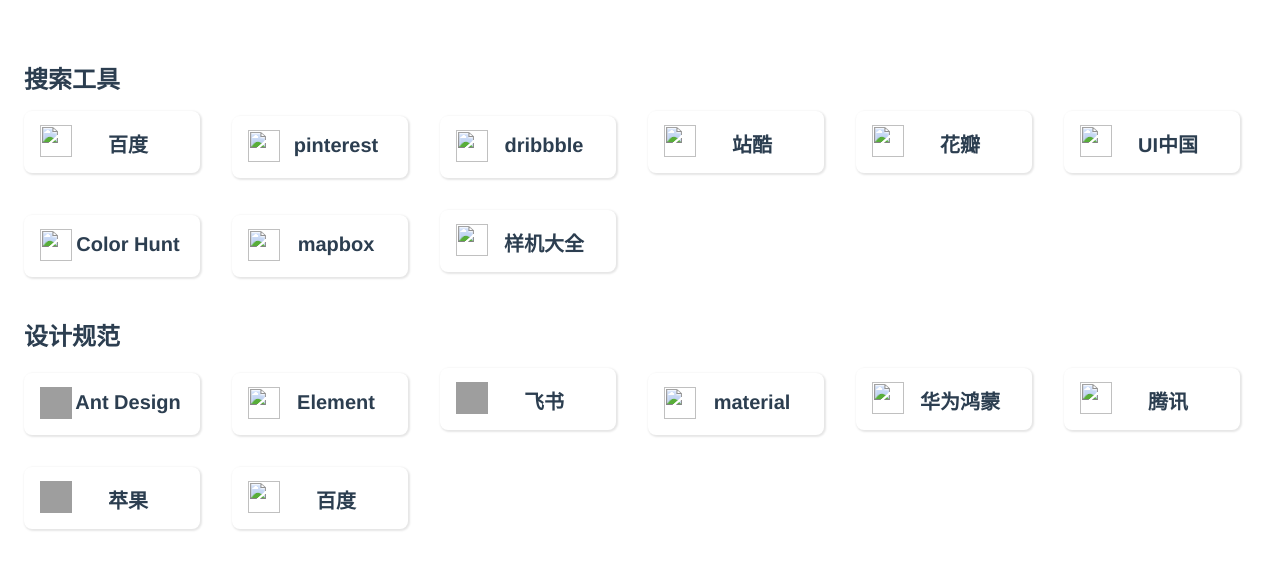
Repository: LiuZixu-aurelio/collection
Page: /
An editor plug-in stored every save of this project. The page is shown before and after the next save, followed by the edit.
The browser window is 1280 px wide. The page is 1288 px wide, so the pictures cover 1288 px, including what lies to the right of the window. The pictures show the whole page.
Pictures or frames that could not be fetched are drawn as grey boxes. The project was rebuilt for these pictures with package versions that can differ from the ones it lists, and the page was loaded fresh each time.

Above is the page before, as saved 2022-06-22 15:54:15.

After the next save:
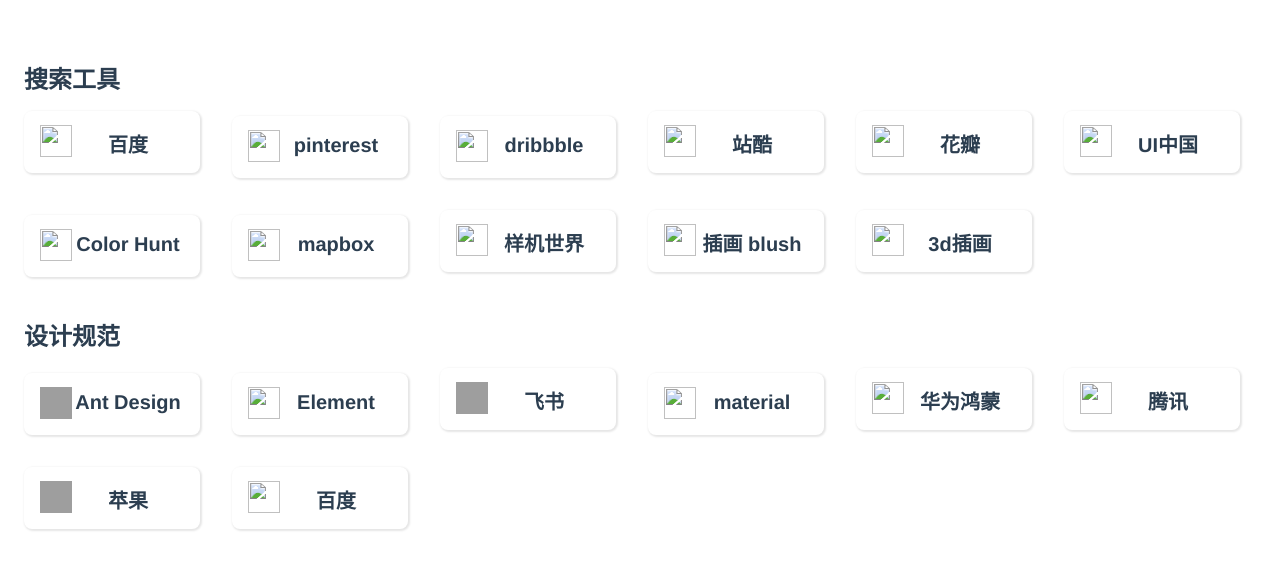
Saved 2 min 10 s later.
--- a/src/components/HelloWorld.vue
+++ b/src/components/HelloWorld.vue
@@ -10,7 +10,9 @@
       <Card class='card' msg="UI中国" web="https://www.ui.cn/" logo="https://www.ui.cn/favicon.ico"/>
       <Card class='card' msg="Color Hunt" web="https://colorhunt.co/" logo="https://colorhunt.co/img/colorhunt-favicon.svg?2"/>
       <Card class='card' msg="mapbox" web="https://api.mapbox.com/styles/v1/mapbox/light-v10.html?title=true&access_token=pk.eyJ1IjoibWFwYm94IiwiYSI6ImNpejY4M29iazA2Z2gycXA4N2pmbDZmangifQ.-g_vE53SD2WrJ6tFX7QHmA#13.52/47.50887/19.08254" logo="https://static-assets.mapbox.com/branding/favicon/v1/favicon.ico?v=gAd4JjrGWl"/>
-      <Card class='card' msg="样机大全" web="https://www.mockupworld.co/all-mockups/" logo="https://static-assets.mapbox.com/branding/favicon/v1/favicon.ico?v=gAd4JjrGWl"/>
+      <Card class='card' msg="样机世界" web="https://www.mockupworld.co/all-mockups/" logo="https://static-assets.mapbox.com/branding/favicon/v1/favicon.ico?v=gAd4JjrGWl"/>
+      <Card class='card' msg="插画 blush" web="https://blush.design/zh-CN?ref=producthunt" logo="https://static-assets.mapbox.com/branding/favicon/v1/favicon.ico?v=gAd4JjrGWl"/>
+      <Card class='card' msg="3d插画" web="https://3ddd.casa/" logo="https://static-assets.mapbox.com/branding/favicon/v1/favicon.ico?v=gAd4JjrGWl"/>
 
 
       <h2>设计规范</h2>
